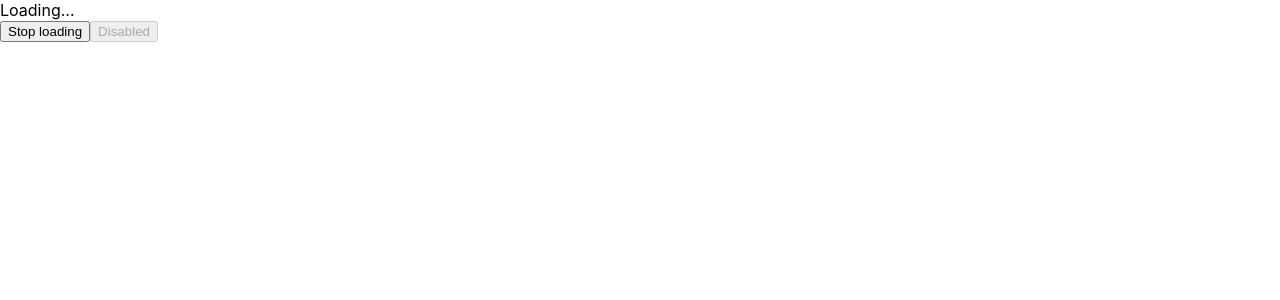
Repository: noeminihoul/testunitaire
Page: /
These files come from the project's save history. The page is drawn as it stood at one moment and after the next save; the edit follows.
The browser window is 1280 px wide. The pictures show the whole page.
The project was rebuilt for these pictures with package versions that can differ from the ones it lists, and the page was loaded fresh each time. Also part of the build but not shown: src/App.css.

Above is the page before, as saved 2023-05-31 20:09:22.

After the next save:
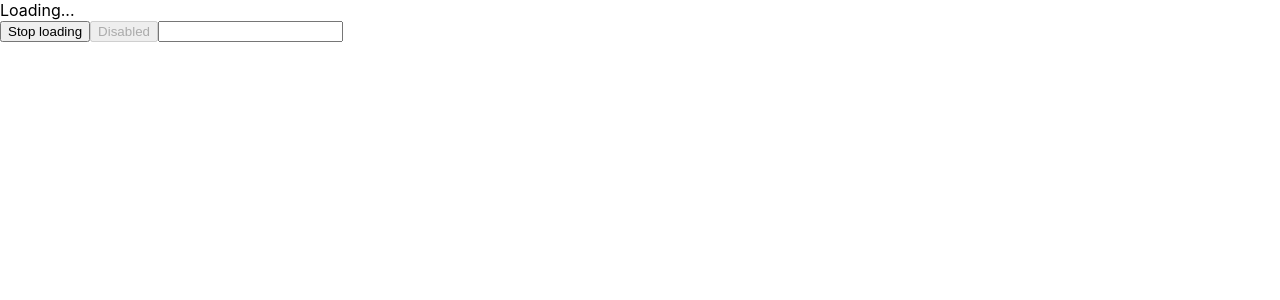
Saved 9 min 15 s later.
--- a/src/App.js
+++ b/src/App.js
@@ -15,6 +15,8 @@ function App({ users, handleClick }) {
       <div data-testid="loading">Loading...</div>
       <button data-testid="buttonLoading" onClick={() => {setLoading(false)}}>Stop loading</button>
       <button data-testId="buttonDisabled" disabled>Disabled</button>
+      <input type="text" data-testid="testInput" />
+
       </>
 
       }
